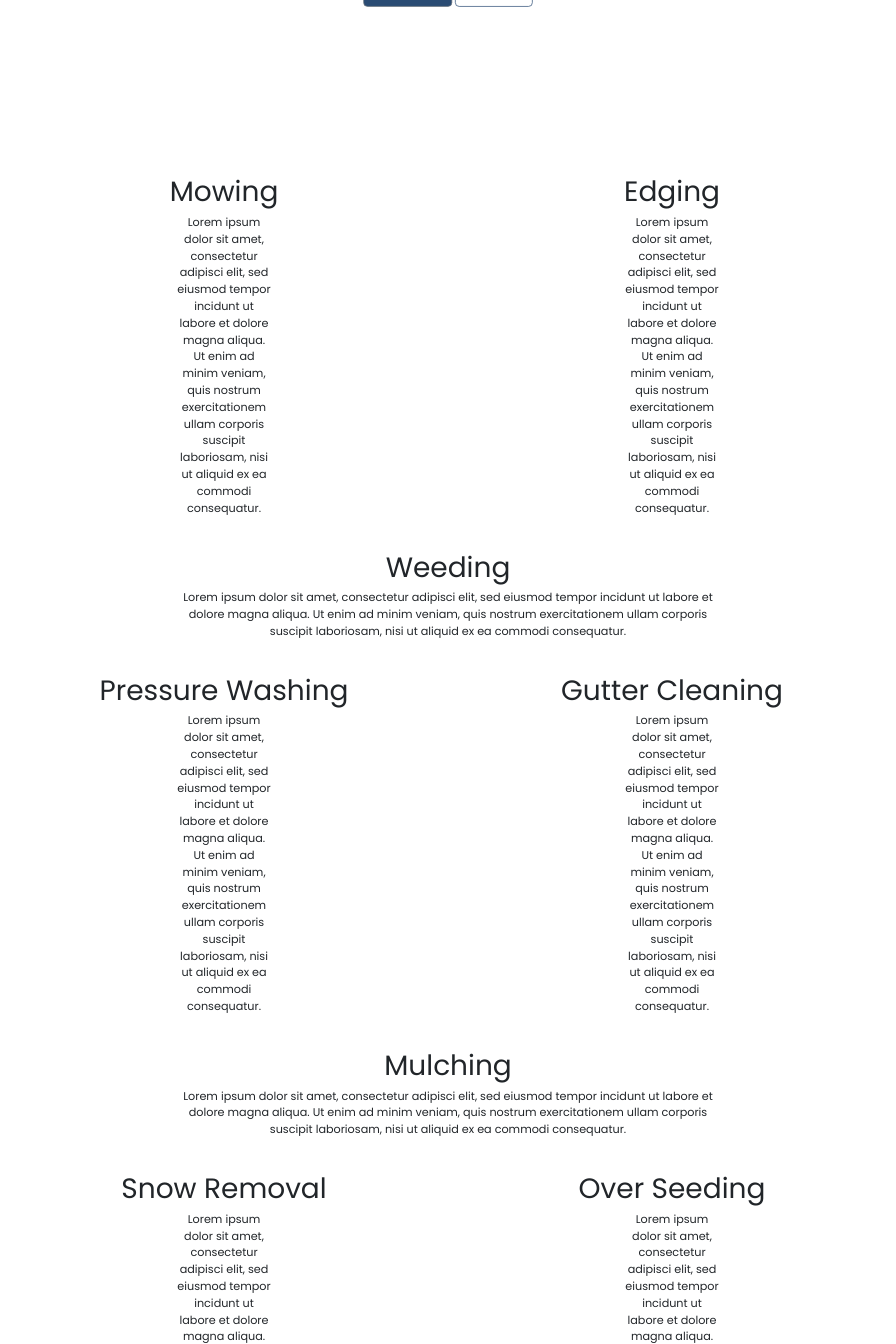
Repository: ParkerW98/Nobo
Page: docs/index.html
These files come from the project's save history. The page is drawn as it stood at one moment and after the next save; the edit follows.
The browser window is 1280 px wide. The pictures show the part of the page from y = 474 to 2394 px (the page is 2860 px tall before and 5860 px after), at 70% of full size.

Above is the page before, as saved 2024-01-22 14:50:04.

### docs/index.html
<!doctype html>
<html lang="en">
    <head>
        <title>Nobo Landscaping - Home Page</title>
        <!-- Meta tags -->
        <meta charset="UTF-8">
        <meta http-equiv="X-UA-Compatible" content="IE-=Edge">
        <meta name="viewport" content="width=device-width, initial-scale=1.0">
        <meta name="author" content="Parker Williams">
        <meta name="title" content="Nobo Landscaping">
        <meta name="description" content="Professional landscaping services brought to you by Nobo
        Landscaping">
        <meta name="keywords" content="Landscaping, Mowing, Edging, Blowing, Pressure washing,
        Gutter cleaning, Mulching, Weeding, Snow removal, Over seeding, Spring clean,
        Thatching, Aerating">

        <!-- Bootstrap CSS v5.3.2 -->
        <link
            href="https://cdn.jsdelivr.net/npm/bootstrap@5.3.2/dist/css/bootstrap.min.css"
            rel="stylesheet"
            integrity="sha384-T3c6CoIi6uLrA9TneNEoa7RxnatzjcDSCmG1MXxSR1GAsXEV/Dwwykc2MPK8M2HN"
            crossorigin="anonymous"
        />
        <link
            rel="stylesheet"
            href="https://cdn.jsdelivr.net/npm/bootstrap-icons@1.11.3/font/bootstrap-icons.min.css">

            <link rel="stylesheet" href="./index.css">

            <link rel="preconnect" href="https://fonts.googleapis.com">
            <link rel="preconnect" href="https://fonts.gstatic.com" crossorigin>
            <link href="https://fonts.googleapis.com/css2?family=Poppins:wght@300;400&display=swap" rel="stylesheet">

    </head>

    <body>
        <header>
        <div class="container-fluid">
            <div class="row">
                <div class="col-sm align-self-center" id="cta">
                    <a class="btn btn-primary" href="#book-now" role="button">BOOK NOW</a>
                </div>
                <div class="col-md-7 align-self-center">
                    <div class="banner" id="top-page">
                        <a>
                            <img
                            src="./assets/Nobo banner 1.svg"
                            class="img-fluid"
                            alt="Nobo logo banner"
                            >
                        </a>
                    </div>
                </div>
                <div class="col-sm align-self-center">
                </div>
            </div>
        </div>
        </header>
        <main>
            <div class="container-fluid greeting">
                <h1 id="quality-tag">QUALITY THAT IS GUARANTEED</h1>
                <h2 id="tag-line">Landscaping done the NOBO way<br>
                                    the way it should be</h2>
                <div class="mid-buttons">
                    <a class="btn btn-secondary left-button" href="#book-now" role="button">GET A QUOTE</a>
                    <a class="btn btn-secondary right-button" href="#book-now" role="button">OUR WORK</a>
                </div>
            </div>

            <div class="container-fluid text-center services">
                <div class="row">
                    <div class="col-sm">
                        <h1>Mowing</h1>
                        <p class="text-center service-text">Lorem ipsum dolor sit amet, consectetur adipisci elit,
                            sed eiusmod tempor incidunt ut labore et dolore magna aliqua. Ut enim ad minim veniam,
                            quis nostrum exercitationem ullam corporis suscipit laboriosam, nisi ut aliquid ex ea commodi consequatur.</p>
                    </div>
                    <div class="col-sm">
                        <h1>Edging</h1>
                        <p class="text-center service-text">Lorem ipsum dolor sit amet, consectetur adipisci elit,
                            sed eiusmod tempor incidunt ut labore et dolore magna aliqua. Ut enim ad minim veniam,
                            quis nostrum exercitationem ullam corporis suscipit laboriosam, nisi ut aliquid ex ea commodi consequatur.</p>
                    </div>
                    <div class="col-sm">
                        <h1>Weeding</h1>
                        <p class="text-center service-text">Lorem ipsum dolor sit amet, consectetur adipisci elit,
                            sed eiusmod tempor incidunt ut labore et dolore magna aliqua. Ut enim ad minim veniam,
                            quis nostrum exercitationem ullam corporis suscipit laboriosam, nisi ut aliquid ex ea commodi consequatur.</p>
                    </div>
                </div>
                <div class="row">
                    <div class="col-sm">
                        <h1>Pressure Washing</h1>
                        <p class="text-center service-text">Lorem ipsum dolor sit amet, consectetur adipisci elit,
                            sed eiusmod tempor incidunt ut labore et dolore magna aliqua. Ut enim ad minim veniam,
                            quis nostrum exercitationem ullam corporis suscipit laboriosam, nisi ut aliquid ex ea commodi consequatur.</p>
                    </div>
                    <div class="col-sm">
                        <h1>Gutter Cleaning</h1>
                        <p class="text-center service-text">Lorem ipsum dolor sit amet, consectetur adipisci elit,
                            sed eiusmod tempor incidunt ut labore et dolore magna aliqua. Ut enim ad minim veniam,
                            quis nostrum exercitationem ullam corporis suscipit laboriosam, nisi ut aliquid ex ea commodi consequatur.</p>
                    </div>
                    <div class="col-sm">
                        <h1>Mulching</h1>
                        <p class="text-center service-text">Lorem ipsum dolor sit amet, consectetur adipisci elit,
                            sed eiusmod tempor incidunt ut labore et dolore magna aliqua. Ut enim ad minim veniam,
                            quis nostrum exercitationem ullam corporis suscipit laboriosam, nisi ut aliquid ex ea commodi consequatur.</p>
                    </div>
                </div>
                <div class="row">
                    <div class="col-sm">
                        <h1>Snow Removal</h1>
                        <p class="text-center service-text">Lorem ipsum dolor sit amet, consectetur adipisci elit,
                            sed eiusmod tempor incidunt ut labore et dolore magna aliqua. Ut enim ad minim veniam,
                            quis nostrum exercitationem ullam corporis suscipit laboriosam, nisi ut aliquid ex ea commodi consequatur.</p>
                    </div>
                    <div class="col-sm">
                        <h1>Over Seeding</h1>
                        <p class="text-center service-text">Lorem ipsum dolor sit amet, consectetur adipisci elit,
                            sed eiusmod tempor incidunt ut labore et dolore magna aliqua. Ut enim ad minim veniam,
                            quis nostrum exercitationem ullam corporis suscipit laboriosam, nisi ut aliquid ex ea commodi consequatur.</p>
                    </div>
                    <div class="col-sm">
                        <h1>Thatching</h1>
                        <p class="text-center service-text">Lorem ipsum dolor sit amet, consectetur adipisci elit,
                            sed eiusmod tempor incidunt ut labore et dolore magna aliqua. Ut enim ad minim veniam,
                            quis nostrum exercitationem ullam corporis suscipit laboriosam, nisi ut aliquid ex ea commodi consequatur.</p>
                    </div>
                </div>
            </div>
        </main>
        <footer>

        </footer>
        <!-- Bootstrap JavaScript Libraries -->
        <script
            src="https://cdn.jsdelivr.net/npm/@popperjs/core@2.11.8/dist/umd/popper.min.js"
            integrity="sha384-I7E8VVD/ismYTF4hNIPjVp/Zjvgyol6VFvRkX/vR+Vc4jQkC+hVqc2pM8ODewa9r"
            crossorigin="anonymous"
        ></script>

        <script
            src="https://cdn.jsdelivr.net/npm/bootstrap@5.3.2/dist/js/bootstrap.min.js"
            integrity="sha384-BBtl+eGJRgqQAUMxJ7pMwbEyER4l1g+O15P+16Ep7Q9Q+zqX6gSbd85u4mG4QzX+"
            crossorigin="anonymous"
        ></script>
    </body>
</html>

### docs/index.css
body {
    font-family: 'Poppins', sans-serif;
}

.banner {
    text-align: center;
}

#cta {
    text-align: center;
}

header {
    background-color: #f5f5f5;
}

.btn-primary {
    background-color: #eb5050;
    border-color: #eb5050;
    padding: .5em;
    padding-left: 1em;
    padding-right: 1em;
    font-size: 1.55em;
}

.btn-primary:hover {
    background-color: #C74444;
    border-color: #C74444;
}

.greeting {

}

#quality-tag {
    margin-top: 10em;
    text-align: center;
    font-size: 1.3em;
    letter-spacing: .2em;
    color:#C74444;
}

#tag-line {
    margin-top: 0.5em;
    text-align: center;
    font-size: 2.3em;
    letter-spacing: .05em;
    color: #2A4B73;
}

.mid-buttons {
    margin-top: 1em;
    text-align: center;
    margin-bottom: 15em;
}

.left-button {
    background-color: #2A4B73;
}

.left-button:hover {
    background-color: #1D344F;
}

.right-button {
    background-color: transparent;
    border-color: #2A4B73;
    color:#2A4B73
}

.right-button:hover {
    background-color: #f5f5f5;
    color: #1D344F;
}

.services {
    margin-top: 10em;
}

.service-text {
    margin-left: 15em;
    margin-right: 15em;
    margin-bottom: 3em;
}

/* Mobile properties */

@media (max-width: 990px) {
    .btn-primary {
        padding: .35em;
        padding-left: .7em;
        padding-right: .7em;
        font-size: .90em;
    }

    .btn-primary:hover {
        padding: .35em;
        padding-left: .7em;
        padding-right: .7em;
        font-size: .90em;
    }
}

@media (max-width: 767px) {

    #cta {
        display: none;
    }

    #quality-tag {
        margin-top: 5em;
        text-align: center;
        font-size: 0.9em;
        letter-spacing: .2em;
        color:#C74444;
    }

    #tag-line {
        margin-top: 0.5em;
        text-align: center;
        font-size: 1.5em;
        letter-spacing: .05em;
        color: #2A4B73;
    }

    .mid-buttons {
        margin-top: 1em;
        text-align: center;
    }

    .left-button {
        background-color: #2A4B73;
        padding: .35em;
        padding-left: .7em;
        padding-right: .7em;
        font-size: .90em;
    }

    .left-button:hover {
        background-color: #1D344F;
    }

    .right-button {
        background-color: transparent;
        border-color: #2A4B73;
        color:#2A4B73;
        padding: .35em;
        padding-left: .7em;
        padding-right: .7em;
        font-size: .90em;
    }

    .right-button:hover {
        background-color: #f5f5f5;
        color: #1D344F;
    }
}

After the next save:
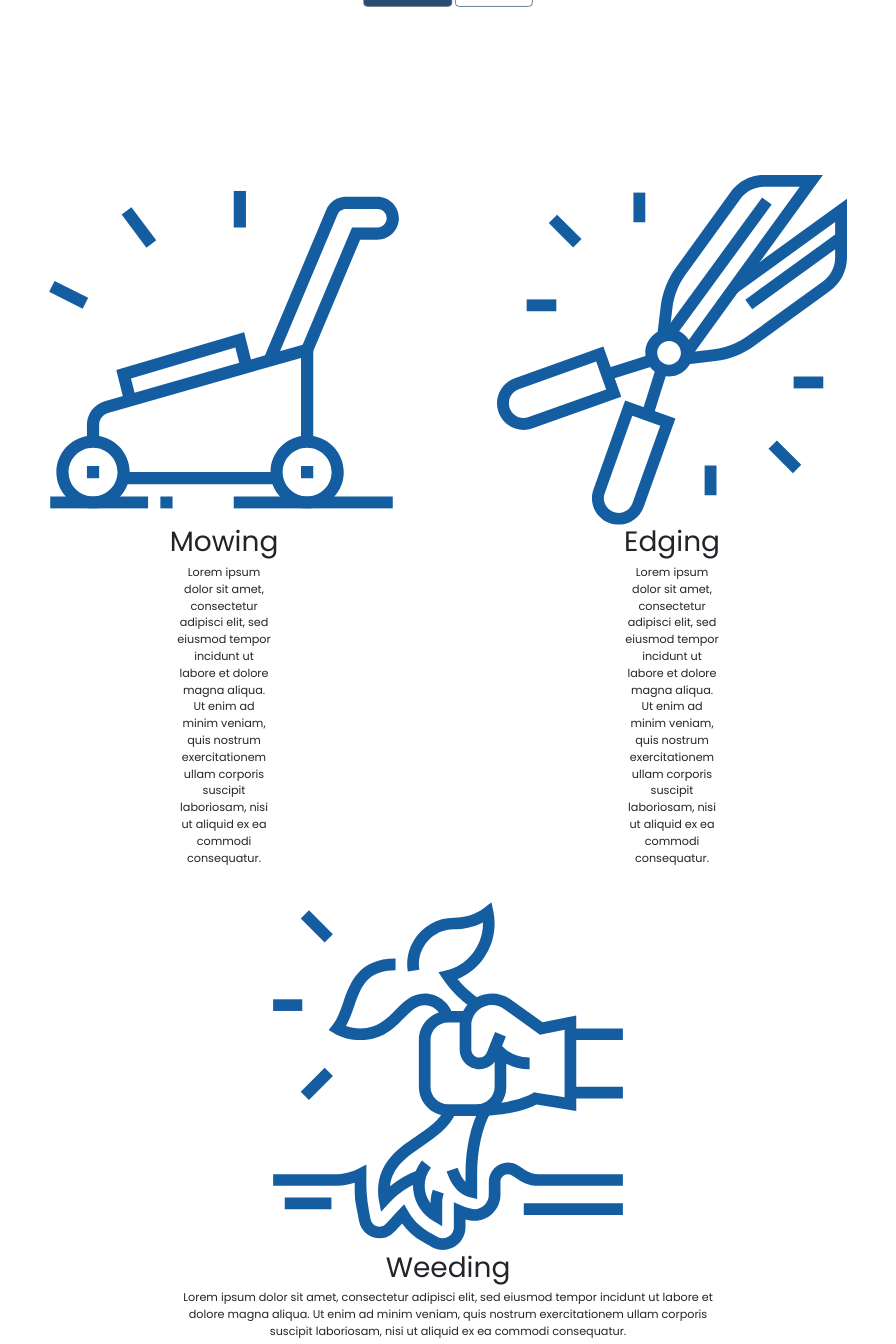
Saved 33 min 20 s later.
--- a/docs/index.html
+++ b/docs/index.html
@@ -70,18 +70,39 @@
             <div class="container-fluid text-center services">
                 <div class="row">
                     <div class="col-sm">
+                        <a>
+                            <img
+                            src="./assets/Services-icons/Mowing.svg"
+                            class="img-fluid text-center service-icons"
+                            alt="Mowing Icon"
+                            >
+                        </a>
                         <h1>Mowing</h1>
                         <p class="text-center service-text">Lorem ipsum dolor sit amet, consectetur adipisci elit,
                             sed eiusmod tempor incidunt ut labore et dolore magna aliqua. Ut enim ad minim veniam,
                             quis nostrum exercitationem ullam corporis suscipit laboriosam, nisi ut aliquid ex ea commodi consequatur.</p>
                     </div>
                     <div class="col-sm">
+                        <a>
+                            <img
+                            src="./assets/Services-icons/Edging.svg"
+                            class="img-fluid text-center service-icons"
+                            alt="Edging Icon"
+                            >
+                        </a>
                         <h1>Edging</h1>
                         <p class="text-center service-text">Lorem ipsum dolor sit amet, consectetur adipisci elit,
                             sed eiusmod tempor incidunt ut labore et dolore magna aliqua. Ut enim ad minim veniam,
                             quis nostrum exercitationem ullam corporis suscipit laboriosam, nisi ut aliquid ex ea commodi consequatur.</p>
                     </div>
                     <div class="col-sm">
+                        <a>
+                            <img
+                            src="./assets/Services-icons/Weeding.svg"
+                            class="img-fluid text-center service-icons"
+                            alt="Weeding Icon"
+                            >
+                        </a>
                         <h1>Weeding</h1>
                         <p class="text-center service-text">Lorem ipsum dolor sit amet, consectetur adipisci elit,
                             sed eiusmod tempor incidunt ut labore et dolore magna aliqua. Ut enim ad minim veniam,
@@ -90,18 +111,39 @@
                 </div>
                 <div class="row">
                     <div class="col-sm">
+                        <a>
+                            <img
+                            src="./assets/Services-icons/Pressure Washing.svg"
+                            class="img-fluid text-center service-icons"
+                            alt="Pressure Washing Icon"
+                            >
+                        </a>
                         <h1>Pressure Washing</h1>
                         <p class="text-center service-text">Lorem ipsum dolor sit amet, consectetur adipisci elit,
                             sed eiusmod tempor incidunt ut labore et dolore magna aliqua. Ut enim ad minim veniam,
                             quis nostrum exercitationem ullam corporis suscipit laboriosam, nisi ut aliquid ex ea commodi consequatur.</p>
                     </div>
                     <div class="col-sm">
+                        <a>
+                            <img
+                            src="./assets/Services-icons/Gutter Cleaning.svg"
+                            class="img-fluid text-center service-icons"
+                            alt="Gutter Cleaning Icon"
+                            >
+                        </a>
                         <h1>Gutter Cleaning</h1>
                         <p class="text-center service-text">Lorem ipsum dolor sit amet, consectetur adipisci elit,
                             sed eiusmod tempor incidunt ut labore et dolore magna aliqua. Ut enim ad minim veniam,
                             quis nostrum exercitationem ullam corporis suscipit laboriosam, nisi ut aliquid ex ea commodi consequatur.</p>
                     </div>
                     <div class="col-sm">
+                        <a>
+                            <img
+                            src="./assets/Services-icons/Mulching.svg"
+                            class="img-fluid text-center service-icons"
+                            alt="Mulching Icon"
+                            >
+                        </a>
                         <h1>Mulching</h1>
                         <p class="text-center service-text">Lorem ipsum dolor sit amet, consectetur adipisci elit,
                             sed eiusmod tempor incidunt ut labore et dolore magna aliqua. Ut enim ad minim veniam,
@@ -110,18 +152,39 @@
                 </div>
                 <div class="row">
                     <div class="col-sm">
+                        <a>
+                            <img
+                            src="./assets/Services-icons/Snow Removal.svg"
+                            class="img-fluid text-center service-icons"
+                            alt="Snow Removal Icon"
+                            >
+                        </a>
                         <h1>Snow Removal</h1>
                         <p class="text-center service-text">Lorem ipsum dolor sit amet, consectetur adipisci elit,
                             sed eiusmod tempor incidunt ut labore et dolore magna aliqua. Ut enim ad minim veniam,
                             quis nostrum exercitationem ullam corporis suscipit laboriosam, nisi ut aliquid ex ea commodi consequatur.</p>
                     </div>
                     <div class="col-sm">
+                        <a>
+                            <img
+                            src="./assets/Services-icons/Over Seeding.svg"
+                            class="img-fluid text-center service-icons"
+                            alt="Over Seeding Icon"
+                            >
+                        </a>
                         <h1>Over Seeding</h1>
                         <p class="text-center service-text">Lorem ipsum dolor sit amet, consectetur adipisci elit,
                             sed eiusmod tempor incidunt ut labore et dolore magna aliqua. Ut enim ad minim veniam,
                             quis nostrum exercitationem ullam corporis suscipit laboriosam, nisi ut aliquid ex ea commodi consequatur.</p>
                     </div>
                     <div class="col-sm">
+                        <a>
+                            <img
+                            src="./assets/Services-icons/Thatching.svg"
+                            class="img-fluid text-center service-icons"
+                            alt="Thatching Icon"
+                            >
+                        </a>
                         <h1>Thatching</h1>
                         <p class="text-center service-text">Lorem ipsum dolor sit amet, consectetur adipisci elit,
                             sed eiusmod tempor incidunt ut labore et dolore magna aliqua. Ut enim ad minim veniam,
